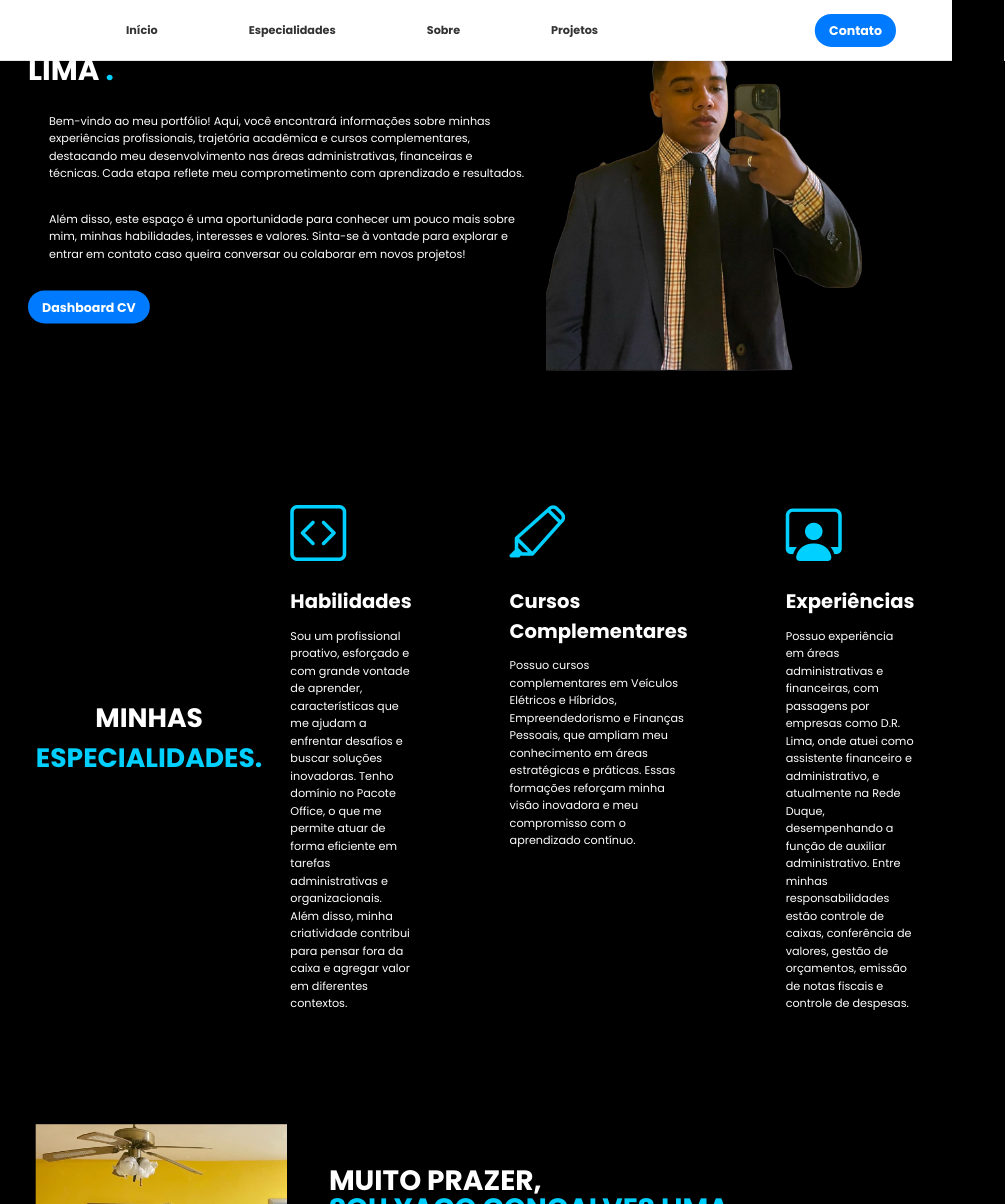
Repository: yagolima1511/Portfolio
Page: index.html
These files come from the project's save history. The page is drawn as it stood at one moment and after the next save; the edit follows.
The browser window is 1280 px wide. The page is 1435 px wide, then 1280 px, then 1435 px, so the pictures cover 1435 px, including what lies to the right of the window. The pictures show the part of the page from y = 0 to 1720 px (the page is 3385 px tall before and 720 px after), at 70% of full size.

Above is the page before, as saved 2025-02-22 14:15:29.

### index.html
<!DOCTYPE html>
<html lang="pt-br">
<head>
    <meta charset="UTF-8">
    <meta name="viewport" content="width=device-width, initial-scale=1.0">
    <link rel="preconnect" href="https://fonts.googleapis.com">
<link rel="preconnect" href="https://fonts.gstatic.com" crossorigin>
<link href="https://fonts.googleapis.com/css2?family=Cabin:ital,wght@0,400..700;1,400..700&family=Poppins:ital,wght@0,100;0,200;0,300;0,400;0,500;0,600;0,700;0,800;0,900;1,100;1,200;1,300;1,400;1,500;1,600;1,700;1,800;1,900&display=swap" rel="stylesheet">
<link rel="stylesheet" href="https://cdn.jsdelivr.net/npm/bootstrap-icons@1.11.3/font/bootstrap-icons.min.css">
    <link rel="stylesheet" href="style.css">
    <link rel="icon" href="imagens.portifolio/logo_yago_sem_fundo.png">
    <title>Yago Gonçalves Lima</title>
</head>
<body>

    <header>
        <div class="interface">
            <div class="menu-mobile" onclick="toggleMenu()">
                <div></div>
                <div></div>
                <div></div>
            </div>

            <nav class="menu-desktop">
                <ul>
                    <li><a href="#início">Início</a></li>
                    <li><a href="#especialidades">Especialidades</a></li>
                    <li><a href="#sobre">Sobre</a></li>
                    <li><a href="#projetos">Projetos</a></li>
                </ul>
            </nav>

            <div class="btn-contato">
                <a href="https://api.whatsapp.com/send?phone=5511951423405">
                    <button>Contato</button>
                </a>
            </div>
        </div> <!-- INTERFACE -->
    </header>



    <main>
        <section id="início">
        <section class="topo-do-site">
            <div class="interface">
                <div class="flex">
                    <div class="txt-topo-site">
                       <h1>PORTFOLIO YAGO GONÇALVES LIMA <span>.</span></h1>
                       <p>Bem-vindo ao meu portfólio! Aqui, você encontrará informações sobre minhas experiências profissionais, trajetória acadêmica e cursos complementares, destacando meu desenvolvimento nas áreas administrativas, financeiras e técnicas. Cada etapa reflete meu comprometimento com aprendizado e resultados.</p>
                       <p>Além disso, este espaço é uma oportunidade para conhecer um pouco mais sobre mim, minhas habilidades, interesses e valores. Sinta-se à vontade para explorar e entrar em contato caso queira conversar ou colaborar em novos projetos!</p>

                       <div class="btn-contato">
                        <a href="https://www.canva.com/design/DAGZft-klJw/L4ZIEv-Um3k0rW6E9iZL9g/edit?utm_content=DAGZft-klJw&utm_campaign=designshare&utm_medium=link2&utm_source=sharebutton">
                            <button>Dashboard CV</button>
                        </a>
                       </div>
                    </div>
                    <div class="img-topo-site">
                        <img id="img-home" src="imagens.portifolio/yago sem fundo.png" alt="" class="tamanho-fixo">

                    </div>
                </div>
            </div>
        </section>
    </section>
        <section id="especialidades">

        <section class="especialidades">
            <div class="interface">
                <h2 class="titulo">MINHAS <span>ESPECIALIDADES.</span></h2>
                <div class="flex">
                     <div class="especialidades-box">
                     <i class="bi bi-code-square"></i>
                     <h3>Habilidades</h3>
                     <p>Sou um profissional proativo, esforçado e com grande vontade de aprender, características que me ajudam a enfrentar desafios e buscar soluções inovadoras. Tenho domínio no Pacote Office, o que me permite atuar de forma eficiente em tarefas administrativas e organizacionais. Além disso, minha criatividade contribui para pensar fora da caixa e agregar valor em diferentes contextos.</p>
                </div>


                     <div class="especialidades-box">
                        <i class="bi bi-highlighter"></i>
                     <h3>Cursos Complementares</h3>
                     <p>Possuo cursos complementares em Veículos Elétricos e Híbridos, Empreendedorismo e Finanças Pessoais, que ampliam meu conhecimento em áreas estratégicas e práticas. Essas formações reforçam minha visão inovadora e meu compromisso com o aprendizado contínuo.</p>
                </div>

                     <div class="especialidades-box">
                        <i class="bi bi-person-workspace"></i>
                     <h3>Experiências</h3>
                     <p>Possuo experiência em áreas administrativas e financeiras, com passagens por empresas como D.R. Lima, onde atuei como assistente financeiro e administrativo, e atualmente na Rede Duque, desempenhando a função de auxiliar administrativo. Entre minhas responsabilidades estão controle de caixas, conferência de valores, gestão de orçamentos, emissão de notas fiscais e controle de despesas.
                    </p>
                </div>
            </div>
        </section>
    </section>
             <section id="sobre">
                    <section class="sobre">
                        <div class="interface">
                            <div class="flex">
                                <div class="img-sobre">
                                    <img src="imagens.portifolio/camisa gravata.jpeg" alt="" class="tamanho-fixo">
                                </div>
                                <div class="txt-sobre">
                                      <h2>MUITO PRAZER,<span> SOU YAGO GONÇALVES LIMA.</span> </h2>
                                          <p>Meu nome é Yago Gonçalves Lima, tenho 19 anos e sou estudante universitário, atualmente cursando Engenharia de Computação. Além da tecnologia, sou apaixonado por economia, especialmente por entender como as dinâmicas do mercado influenciam nosso dia a dia.</p>
                                          <p>Combinando meu conhecimento técnico e minha visão estratégica, estou sempre em busca de oportunidades para criar soluções inovadoras e gerar impacto real. Adoro desafios e acredito que o futuro pertence a quem está disposto a aprender e empreender!</p>
                                          <div class="btn-social">

                                                <a href="https://api.whatsapp.com/send?phone=5511951423405"><button><i class="bi bi-whatsapp"></i></button></a>
                                                <a href="https://www.linkedin.com/in/yago-lima-50758a299?utm_source=share&utm_campaign=share_via&utm_content=profile&utm_medium=ios_app"><button><i class="bi bi-linkedin"></i></button></a>

                                          </div>
                                </div>

                            </div>
                        </div>
                    </section>
                </section>
                    <section id="projetos">

                    <section class="projetos">
                        <div class="interface">
                            <h2><h2 class="titulo">PROJETO <span>DESENVOLVIDO.</span></h2></h2>

                           <div class="flex">
                            <div class="img-proj" style="background-image: url(imagens.portifolio/WhatsApp\ Image\ 2024-12-10\ at\ 22.25.13.jpeg);">
                                <div class="overlay">Projeto AlphaTec</div>
                            </div>
                            <div class="img-proj" style="background-image: url(imagens.portifolio/WhatsApp\ Image\ 2024-12-10\ at\ 22.20.26.jpeg);">
                                <div class="overlay">Projeto AlphaTec</div>
                            </div>
                            <div class="img-proj" style="background-image: url(imagens.portifolio/WhatsApp\ Image\ 2024-12-10\ at\ 22.20.24.jpeg);">
                                <div class="overlay">Projeto AlphaTec</div>

                            </div>
                           </div>
                        </div>

                        <section class="projeto">
                            <div class="interface">
                                <div class="flex">
                        <div class="txt-paragrafo-projeto">
                                <p>Juntamente com meus colegas de faculdade, desenvolvemos o Projeto AlphaTec. O projeto do carrinho autônomo com Arduino é uma aplicação simples de robótica, onde o objetivo principal é criar um veículo que detecte obstáculos e mude de direção automaticamente usando um sensor ultrassônico. Aqui está uma explicação didática e direta sobre os principais componentes e funcionamento:</p>

                        </div> <!--txt-->
                    </div>
                            </div><!--INTERFACE-->



                     </section>


                     <ul>
                        <li>
                            Arduino: É o "cérebro" do carrinho, responsável por processar as informações do sensor ultrassônico e controlar os motores.
                        <li>

                                Sensor Ultrassônico (HC-SR04): Detecta obstáculos à frente, medindo a distância usando ondas sonoras.
                            </li>
                            <li>
                                Motores e Ponte H (L298N): Movem o carrinho e permitem controlar o sentido de rotação (para frente, para trás ou virar).
                            </li>
                            <li>
                                Baterias/Pilhas: Alimentam o Arduino e os motores.
                            </li>
                            <li>
                                Estrutura do Carrinho: Uma base com rodas onde os componentes são fixados
                            </li>
                        </ul>

                    </section>
                </section>


    </main>
    <footer>
        <div class="interface">
            <div class="line-footer">
                <div class="flex">
                <div class="btn-social">

                    <a href="https://api.whatsapp.com/send?phone=5511951423405"><button><i class="bi bi-whatsapp"></i></button></a>
                    <a href="https://www.linkedin.com/in/yago-lima-50758a299?utm_source=share&utm_campaign=share_via&utm_content=profile&utm_medium=ios_app"><button><i class="bi bi-linkedin"></i></button></a>

              </div>
            </div>
            </div>
                <div class="line-footer borda">
                    <p><i class="bi bi-envelope-fill"></i> <a href="mailto:goncalveslima2005@gmail.com">goncalveslima2005@gmail.com</a></p>

            </div>

        </div>
    </footer>
</body>
</html>

### style.css
/*ESTILO GERAL*/
html {
    scroll-behavior: smooth;
}

*{
    margin: 0;
    padding: 0;
    box-sizing: 0;
    font-family: "Poppins", serif;
}

body{
    background-color: black;
    height: 100vh;
}

.interface{
    max-width: 1280px;
    margin: 0 auto;
}

.flex{
    display: flex;
}

.btn-contato button{
    padding: 10px 40px;
    font-size: 18px;
    font-weight: 700;
    background-color: #00d0ff;
    border: 0;
    border-radius: 30px;
    cursor: pointer;
    transition: .2s;
}

h2.titulo{
    color: white;
    font-size: 38px;
    text-align: center;
}

h2.titulo span{
    color: #00d0ff;
}

 button:hover{
    box-shadow: 0px 0px 8px #00d0ff;
    transform: scale(1.05);
}

/* ESTILO DO CABEÇALHO */
header{
    padding: 40px 4%;
}

header > .interface{
    display: flex;
    align-items: left;
    justify-content: space-between;
}

header a{
    color: #7d7d7d;
    text-decoration: none;
    display: inline-block;
    transition: .2s;
}

header a:hover{
    color:#fff;
    transform: scale(1.05);
}

header nav ul{
    list-style-type: none;
}

header nav ul li{
    display: inline-block;
    padding: 0 50px;
}

/* ESTILO DO TOPO DO SITE */
section.topo-do-site{
    padding: 40px 0%;
}

section.top-do-site.flex{
    align-items: center;
    justify-content: center;
    gap: 90px;
}

.topo-do-site h1{
    color: white;
    font-size: 42px;
    line-height: 40px;
}

.txt-topo-site span{
    color: #00d0ff;
}

.topo-do-site .txt-topo-site p{
    color: white;
    margin: 40px 30px;

}

.topo-do-site .img-topo-site img{
    position: relative;
    animation: flutuar 2s ease-in-out infinite alternate;
}

@keyframes flutuar{
    0%{
        top: 0;
    }
    100%{
        top: 30px;
    }
}

/* ESPECIALIDADES */
section.especialidades{
    padding: 40px 4%;
}

section.especialidades .flex{
    gap: 60px;
}

.especialidades .especialidades-box{
    color: white;
    padding: 40px;
    border-radius: 20px;
    margin-top: 45px;
    transition: .2s;
}

.especialidades .especialidades-box:hover{
    transform: scale(1.05);
    box-shadow: 0 0 8px #ffffff78;
}

.especialidades .especialidades-box i{
    font-size: 80px;
    color: #00d0ff;
}

.especialidades .especialidades-box h3{
   font-size: 28px;
   margin: 15px 0;
}

/* ESTILO SOBRE */
section.sobre{
    padding: 80px 4%;
}

section.sobre .flex{
    align-items: center;
    gap: 60px;
}

.sobre .txt-sobre{
    color: white;
    line-height: 40px;
    margin-bottom: 30px;
}

.sobre .txt-sobre h2{
    font-size: 40px;
}

.sobre .txt-sobre h2 span{
    color: #00d0ff;
    display: block;
}

.sobre .txt-sobre p{
     margin: 20px 0;
     text-align: justify;
     line-height: 25px;
}

 .btn-social button{
     width: 60px;
     height: 60px;
     border-radius: 50%;
     border: none;
     background-color: #00d0ff;
     font-size: 22px;
     cursor: pointer;
     margin: 0 5px;
     transition: 2.s;
}

/* Estilo básico do header */
header {
    background-color: #fff;
    padding: 20px 40px;
    box-shadow: 0 2px 5px rgba(0, 0, 0, 0.1);
    position: fixed;
    width: 100%;
    z-index: 1000;
}

.interface {
    display: flex;
    justify-content: space-between;
    align-items: center;
    max-width: 1200px;
    margin: 0 auto;
}

/* Menu de navegação no desktop */
.menu-desktop ul {
    display: flex;
    list-style: none;
    gap: 30px;
}

.menu-desktop a {
    text-decoration: none;
    color: #333;
    font-weight: bold;
    transition: color 0.3s;
}

.menu-desktop a:hover {
    color: #007BFF;
}

/* Botão de contato */
.btn-contato button {
    background-color: #007BFF;
    color: #fff;
    border: none;
    padding: 10px 20px;
    border-radius: 25px;
    cursor: pointer;
    transition: background 0.3s;
}

.btn-contato button:hover {
    background-color: #0056b3;
}

/* Menu hamburguer para mobile */
.menu-mobile {
    display: none;
    cursor: pointer;
}

.menu-mobile div {
    width: 30px;
    height: 3px;
    background-color: #333;
    margin: 5px;
    transition: all 0.3s ease;
}

/* Responsividade */
@media screen and (max-width: 768px) {
    .menu-desktop {
        display: none;
    }

    .menu-mobile {
        display: block;
    }

    .btn-contato {
        display: none;
    }

    /* Menu mobile ativado */
    .menu-mobile.ativo + .menu-desktop {
        display: flex;
        position: absolute;
        top: 70px;
        right: 0;
        background-color: #fff;
        flex-direction: column;
        width: 200px;
        box-shadow: 0 2px 10px rgba(0, 0, 0, 0.2);
        padding: 20px;
    }

    .menu-desktop ul {
        flex-direction: column;
        gap: 15px;
    }
}


/* ESTILO DO PORTIFÓLIO */
section.projetos{
     padding: 80px 4%;
     box-shadow: 0 0 40px 10px rgba(255, 255, 255, 0.107);
}

section.projetos .flex{
    justify-content: space-around;
    margin-top: 60px;
}

.img-proj{
    width: 360px;
    height: 460px;
    background-size: cover;
    background-position: 100% 0%;
    transition: 1s;
    cursor: pointer;
    border-radius: 40px;  /* DEIXA A FOTO C ASA BORDAS REDONDAS */
    position: relative;
}

.img-proj:hover{
    background-position: 100% 100%;
}


.overlay{
    position: absolute;
    top: 0;
    left: 0;
    width: 100%;
    height: 100%;
    background-color: #010d01c3;
    border-radius: 40px;
    display: flex;
    align-items: center;
    justify-content: center;
    font-size: 24px;
    font-weight: 600;
    color: white;
    opacity: 0;
    transition: .5s;
}

.overlay:hover{
    opacity: 1;
}

.txt-paragrafo-projeto p{
    color: white;
    margin-bottom: 20px;
}

ul{
    list-style-position: inside;
    color: white;
    padding: 10px 50px;
}

/* ESTILO DO RODAPÉ */

footer{
    padding: 60px 4%;
    box-shadow: 0 0 40px 10px rgba(255, 255, 255, 0.090);
}

footer .flex{
    justify-content: space-between;
}

footer .line-footer{
    padding: 20px 0;
}

.borda{
    border-top: 2px solid #00d0ff;
}

footer .line-footer p i{
    color: #00d0ff;
    font-size: 22px;
}

footer .line-footer p a{
    color: white;
}

footer .line-footer p{
    text-align: right;
}



@media screen and (max-width: 1041.60px){
    /*classes gerais*/

    .flex{
        flex-direction: column-reverse;
    }

    h2.titulo{
        font-size: 34px;
        line-height: 40px;
    }

    /*cabeçalho*/
    .menu-desktop, .btn-contato{
        display: none;
    }

    .img-topo-site {
        display: none;
    }

    .txt-topo-site h1{
        margin: 7px;
        text-align: center;
        font-size: 35px;
    }

    /*topo do site*/

    section.top-do-site .flex{
        gap: 40px;

    section.topo-do-site{
        padding: 20px 8%;
    }


    .topo-do-site h1{
        font-size: 30px;
    }


    .topo-do-site .img-topo-site img{
        width: 100%;

    }
}
    /* ESPECIALIDADES */
section.especialidades{
    padding: 40px 8%;
}
/* SOBRE */
section.sobre{
    padding: 80px 8%;
}
.sobre .txt-sobre h2{
    font-size: 35px;
    line-height: 35px;
    text-align: center;
}
.btn-social{
    text-align: center;
}

.img-sobre img{
    width: 100%;
}

/* PROJETO*/
section.projetos{
    padding: 80px 8%;
}
.img-proj{
    width: 100%;
    max-width: 360px;
    margin: 0 auto;

}

section.projetos .flex{
   gap: 60px;
}
footer .flex{
    flex-direction: column;
}

footer .line-footer p{
    text-align: center;
}


}

.tamanho-fixo{


    height: 492px;
}

header a {
    color: #bdbdbd;
    text-decoration: none;
    display: inline-block;
    transition: .2s;
}

After the next save:
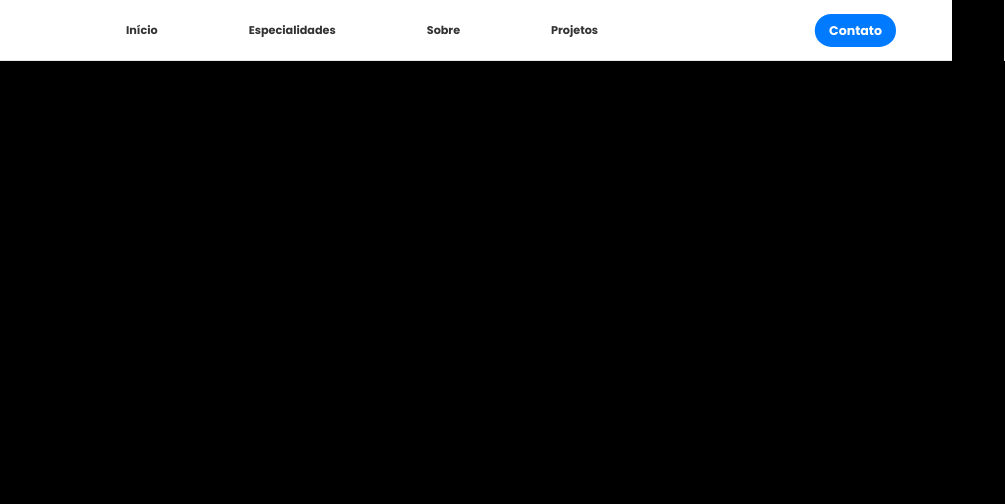
Saved 3 min 16 s later.
--- a/index.html
+++ b/index.html
@@ -38,7 +38,7 @@
         </div> <!-- INTERFACE -->
     </header>
 
-
+       <script
 
     <main>
         <section id="início">

After the 5 saves that followed:
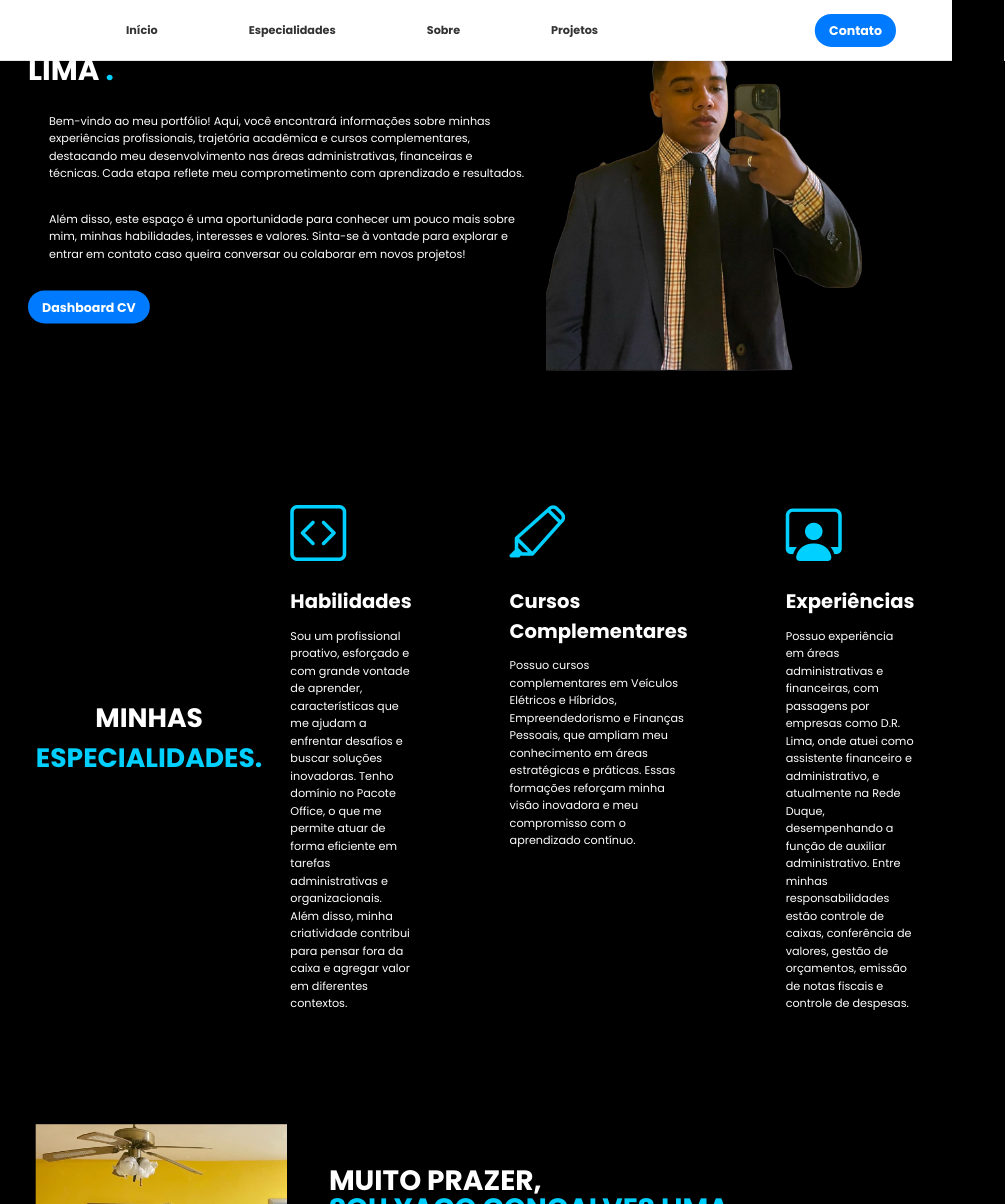
Not found: script.js
The 5 saves are shown as one change because 2 left the picture as it was and some came seconds apart.
The last was saved 23 s later.
--- a/index.html
+++ b/index.html
@@ -38,7 +38,7 @@
         </div> <!-- INTERFACE -->
     </header>
 
-       <script
+       <script src="script.js"></script>
 
     <main>
         <section id="início">
